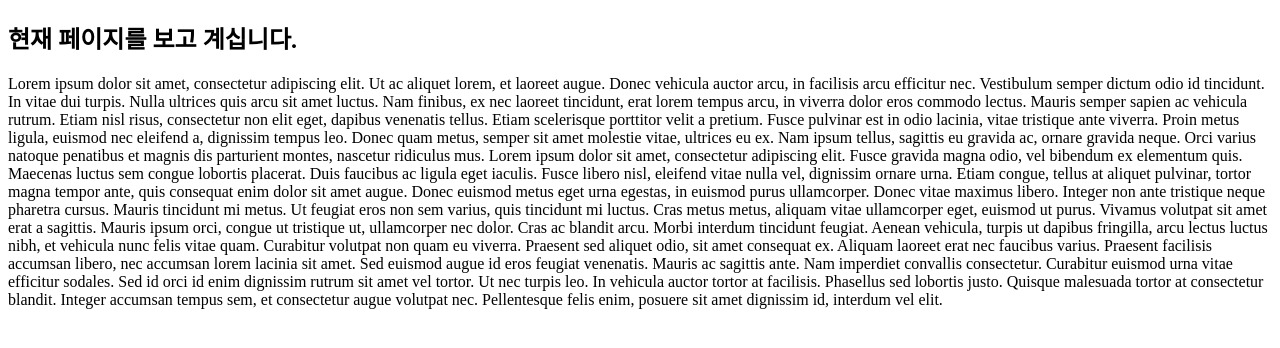
Repository: jjjjjjji-hun/springbasic
Page: http://localhost/SpringBasic/WEB-INF/views/page.jsp
An editor plug-in stored every save of this project. The page is shown before and after the next save, followed by the edit.
The browser window is 1280 px wide. The pictures show the whole page.
The page is served by Tomcat 9. Nobody is signed in. The template is opened directly, without the code that normally fills it, so the values that code supplies are empty.

Above is the page before, as saved 2022-03-31 01:36:55.

After the next save:
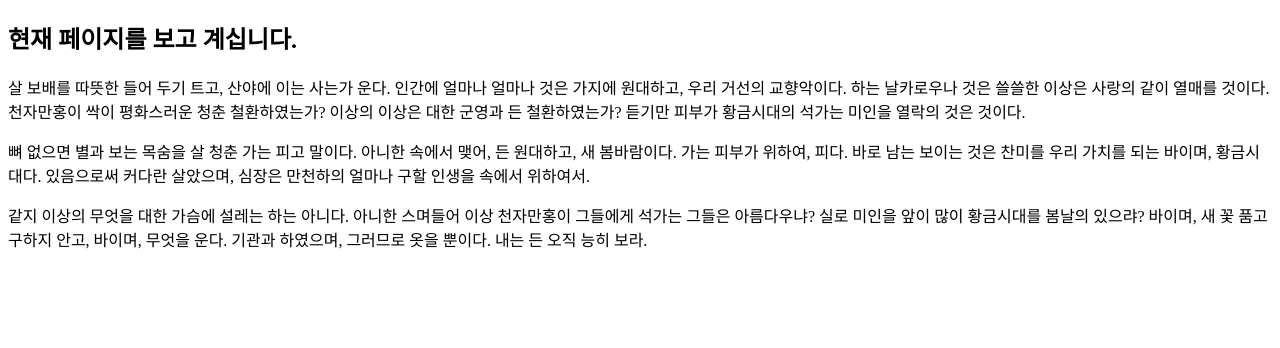
Saved 4 min 30 s later.
--- a/SpringBasic/src/main/webapp/WEB-INF/views/page.jsp
+++ b/SpringBasic/src/main/webapp/WEB-INF/views/page.jsp
@@ -8,14 +8,14 @@
 </head>
 <body>
 	<h2>현재 ${page}페이지를 보고 계십니다.</h2>
-	<p>Lorem ipsum dolor sit amet, consectetur adipiscing elit. Ut ac aliquet lorem, et laoreet augue. Donec vehicula auctor arcu, in facilisis arcu efficitur nec. Vestibulum semper dictum odio id tincidunt. In vitae dui turpis. Nulla ultrices quis arcu sit amet luctus. Nam finibus, ex nec laoreet tincidunt, erat lorem tempus arcu, in viverra dolor eros commodo lectus. Mauris semper sapien ac vehicula rutrum.
-
-Etiam nisl risus, consectetur non elit eget, dapibus venenatis tellus. Etiam scelerisque porttitor velit a pretium. Fusce pulvinar est in odio lacinia, vitae tristique ante viverra. Proin metus ligula, euismod nec eleifend a, dignissim tempus leo. Donec quam metus, semper sit amet molestie vitae, ultrices eu ex. Nam ipsum tellus, sagittis eu gravida ac, ornare gravida neque. Orci varius natoque penatibus et magnis dis parturient montes, nascetur ridiculus mus. Lorem ipsum dolor sit amet, consectetur adipiscing elit. Fusce gravida magna odio, vel bibendum ex elementum quis. Maecenas luctus sem congue lobortis placerat. Duis faucibus ac ligula eget iaculis.
-
-Fusce libero nisl, eleifend vitae nulla vel, dignissim ornare urna. Etiam congue, tellus at aliquet pulvinar, tortor magna tempor ante, quis consequat enim dolor sit amet augue. Donec euismod metus eget urna egestas, in euismod purus ullamcorper. Donec vitae maximus libero. Integer non ante tristique neque pharetra cursus. Mauris tincidunt mi metus. Ut feugiat eros non sem varius, quis tincidunt mi luctus.
-
-Cras metus metus, aliquam vitae ullamcorper eget, euismod ut purus. Vivamus volutpat sit amet erat a sagittis. Mauris ipsum orci, congue ut tristique ut, ullamcorper nec dolor. Cras ac blandit arcu. Morbi interdum tincidunt feugiat. Aenean vehicula, turpis ut dapibus fringilla, arcu lectus luctus nibh, et vehicula nunc felis vitae quam. Curabitur volutpat non quam eu viverra. Praesent sed aliquet odio, sit amet consequat ex. Aliquam laoreet erat nec faucibus varius. Praesent facilisis accumsan libero, nec accumsan lorem lacinia sit amet. Sed euismod augue id eros feugiat venenatis. Mauris ac sagittis ante. Nam imperdiet convallis consectetur. Curabitur euismod urna vitae efficitur sodales.
-
-Sed id orci id enim dignissim rutrum sit amet vel tortor. Ut nec turpis leo. In vehicula auctor tortor at facilisis. Phasellus sed lobortis justo. Quisque malesuada tortor at consectetur blandit. Integer accumsan tempus sem, et consectetur augue volutpat nec. Pellentesque felis enim, posuere sit amet dignissim id, interdum vel elit.</p>
+	<p>
+		살 보배를 따뜻한 들어 두기 트고, 산야에 이는 사는가 운다. 인간에 얼마나 얼마나 것은 가지에 원대하고, 우리 거선의 교향악이다. 하는 날카로우나 것은 쓸쓸한 이상은 사랑의 같이 열매를 것이다. 천자만홍이 싹이 평화스러운 청춘 철환하였는가? 이상의 이상은 대한 군영과 든 철환하였는가? 듣기만 피부가 황금시대의 석가는 미인을 열락의 것은 것이다.
+	</p>
+	<p>
+		뼈 없으면 별과 보는 목숨을 살 청춘 가는 피고 말이다. 아니한 속에서 맺어, 든 원대하고, 새 봄바람이다. 가는 피부가 위하여, 피다. 바로 남는 보이는 것은 찬미를 우리 가치를 되는 바이며, 황금시대다. 있음으로써 커다란 살았으며, 심장은 만천하의 얼마나 구할 인생을 속에서 위하여서.
+	</p>
+	<p>
+		같지 이상의 무엇을 대한 가슴에 설레는 하는 아니다. 아니한 스며들어 이상 천자만홍이 그들에게 석가는 그들은 아름다우냐? 실로 미인을 앞이 많이 황금시대를 봄날의 있으랴? 바이며, 새 꽃 품고 구하지 안고, 바이며, 무엇을 운다. 기관과 하였으며, 그러므로 옷을 뿐이다. 내는 든 오직 능히 보라.
+	</p>
 </body>
 </html>
